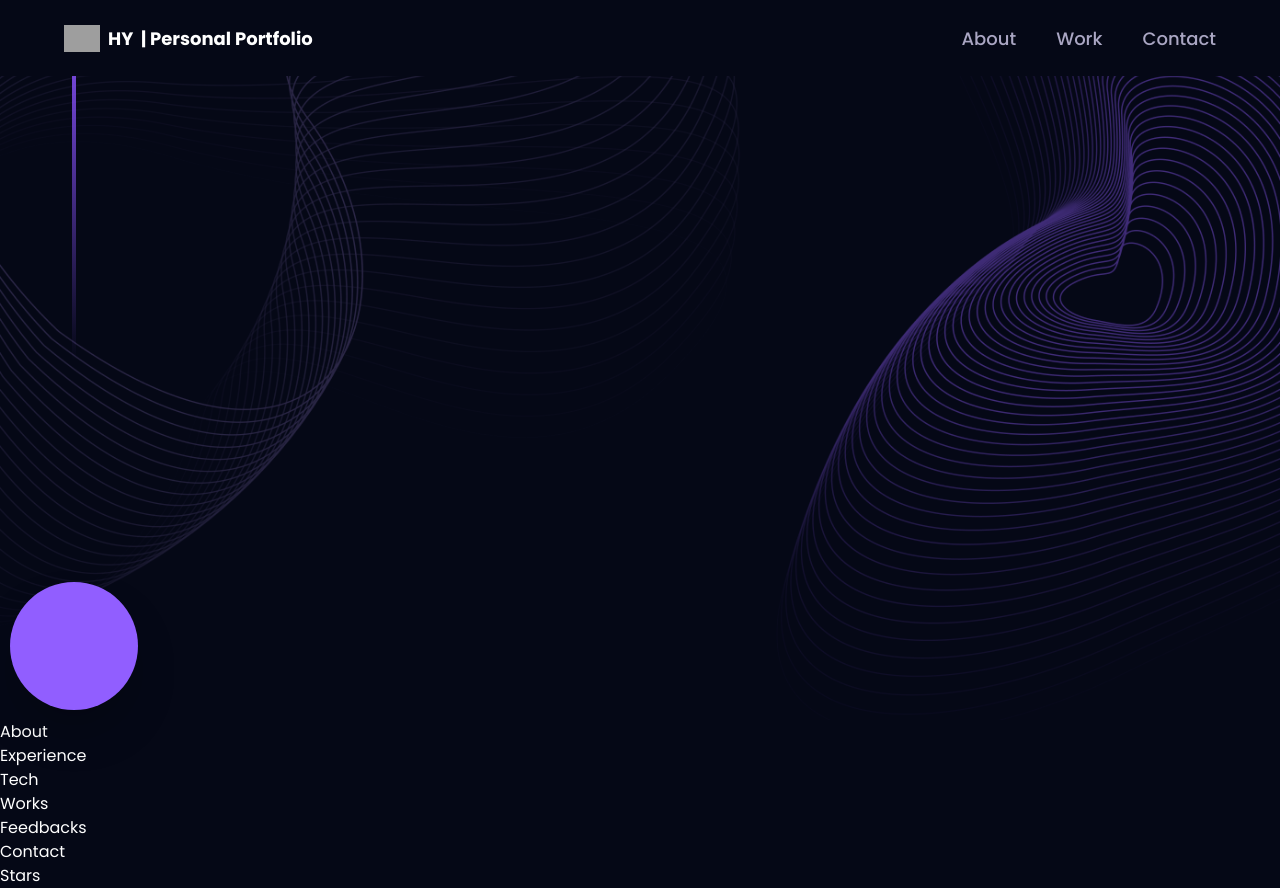
Repository: huiyyee/3d_portfolio
Page: /
These files come from the project's save history. The page is drawn as it stood at one moment and after the next save; the edit follows.
The browser window is 1280 px wide. The pictures show the whole page.
Pictures or frames that could not be fetched are drawn as grey boxes. The project was rebuilt for these pictures with package versions that can differ from the ones it lists, and the page was loaded fresh each time. Also part of the build but not shown: vite.config.js, src/components/canvas/Earth.jsx, src/components/canvas/Ball.jsx, src/components/canvas/Computers.jsx.

Above is the page before, as saved 2024-10-10 23:14:00.

### index.html
<!doctype html>
<html lang="en">
  <head>
    <meta charset="UTF-8" />
    <link rel="icon" type="image/svg+xml" href="/vite.svg" />
    <meta name="viewport" content="width=device-width, initial-scale=1.0" />
    <title>HY | Portfolio</title>
  </head>
  <body>
    <div id="root"></div>
    <script type="module" src="/src/main.jsx"></script>
  </body>
</html>

### src/App.jsx
import { BrowserRouter } from "react-router-dom" //used for routing
import { About, Contact, Experience, Feedbacks,
  Hero, Navbar, Tech, Works, StarsCanvas } from './components';

const App = () => {
  return (
    <BrowserRouter>
      <div className="relative z-0 bg-primary">
        <div className="bg-hero-pattern bg-cover bg-no-repeat bg-center">
          <Navbar/>
          <Hero/>
        </div>
        <About/>
        <Experience/>
        <Tech/>
        <Works/>
        <Feedbacks/>
        <div className="relative z-0">
          <Contact/>
          <StarsCanvas />
        </div>
      </div>
    </BrowserRouter>

  )
}

export default App

### src/components/Hero.jsx
import { motion } from 'framer-motion';
import { styles } from './styles'
import { ComputersCanvas } from './canvas';

const Hero = () => {
  return (
    <section className='relative w-full h-screen mx-auto'>
      <div className={`${styles.paddingX}absolute
      inset-0 top-[1500px] max-w-7xl mx-auto flex flex-row items-start gap-5`}>
        <div className="flex flex-col
        justify-center items-center mt-5">
          <div className="w-5 h-5 rounded-full bg-[#915eff]"/>
          <div className='w-1 sm:h-80 h-40 violet-gradient'/>
          <motion.div
            className='absolute bottom-[10px] left-[10px] w-32 h-32 rounded-full
            bg-[#915eff] shadow-2xl transform transition-all duration-500'
            initial={{ opacity: 0, scale: 0.8 }}
            animate={{ opacity: 1, scale: 1 }}></motion.div>
        </div>
      </div>
    </section >
  )
}

export default Hero

### src/components/Navbar.jsx
import React, { useEffect, useState} from 'react'
import { Link } from 'react-router-dom'//use to navigate to other parts of the pages
import { styles } from './styles';
import { navLinks } from '../constants';
import { logo, menu, close} from '../assets';

const Navbar = () => {
  const [active,setActive] = useState('');
  const [toggle,setToggle] = useState(false)
  return (
    <nav
      className={`${styles.paddingX} w-full flex
      items-center py-5 fixed top-0 z-20 bg-primary`}
    >
      <div className="w-full flex
      justify-between items-center max-w-7xl mx-auto">
        <Link
          to = "/"
          className="flex items-center gap-2"
          onClick={() => {
            setActive("");
            window.scrollTo(0, 0);
          }}
        >
          <img src={logo} alt="Logo" className="w-9 h-9 object-contain"
            style={{ maxWidth: '150px', maxHeight: '150px' }}

          />
          <p className="text-white text-[18px]
          font-bold cursor-pointe flex">HY &nbsp; <span className="sm:block hidden">
            | Personal Portfolio</span> </p>
        </Link>
        <ul className="list-none hidden sm:flex
        flex-row gap-10">
          {navLinks.map((Link)=>(
          <li
            key={Link.id}
            className={`${
              active === Link.title
                ? "text-white"
                : "text-secondary"
            }
            text-gray-500
            hover:text-white text-[18px]
            font-medium cursor-pointer`}
            onClick={() => setActive(Link.title)}
          >
            <a href={`#${Link.id}`}>{Link.title}</a>
          </li>

          ))}
        </ul>
        <div className="sm:hidden flex flex-1 justify-end items-center"
        >
          <img src={toggle ? close: menu}
          alt="menu"
          className="w-[28px] h-[28px] object-contain cursor-pointer"
          onClick={()=> setToggle(!toggle)}
          />

          <div className={`${!toggle? 'hidden':'flex'} p-6 black-gradient absolute
          top-20 right-0 mx-4 my-2 min-w[140px] z-10 rounded-xl`}>
          <ul className="list-none flex justify-end items-start flex-col gap-4">
            {navLinks.map((Link)=>(
            <li
              key={Link.id}
              className={`${
                active === Link.title
                  ? "text-white"
                  : "text-secondary"
              }font-poppins font-medium cursor-pointer text-[16px]`}
              onClick={() => {
                setToggle(!toggle)
                setActive(Link.title)
              }}>
              <a href={`#${Link.id}`}>{Link.title}</a>
            </li>
            ))}
        </ul>
            </div>
        </div>

      </div>
    </nav>
  )
}

export default Navbar

### src/components/styles.js
const styles = {
    paddingX: "sm:px-16 px-6",
    paddingY: "sm:py-16 py-6",
    padding: "sm:px-16 px-6 sm:py-16 py-10",

    heroHeadText:
        "font-black text-white lg:text-[80px] sm:text-[60px] xs:text-[50px] text-[40px] lg:leading-[98px] mt-2",
    heroSubText:
        "text-[#dfd9ff] font-medium lg:text-[30px] sm:text-[26px] xs:text-[20px] text-[16px] lg:leading-[40px]",

    sectionHeadText:
        "text-white font-black md:text-[60px] sm:text-[50px] xs:text-[40px] text-[30px]",
    sectionSubText:
        "sm:text-[18px] text-[14px] text-secondary uppercase tracking-wider",
    };

export { styles };

### src/constants/index.js
import {
    mobile,
    backend,
    creator,
    web,
    javascript,
    typescript,
    html,
    css,
    reactjs,
    redux,
    tailwind,
    nodejs,
    mongodb,
    git,
    figma,
    docker,
    meta,
    starbucks,
    tesla,
    shopify,
    carrent,
    jobit,
    tripguide,
    threejs,
  } from "../assets";

  export const navLinks = [
    {
      id: "about",
      title: "About",
    },
    {
      id: "work",
      title: "Work",
    },
    {
      id: "contact",
      title: "Contact",
    },
  ];

  const services = [
    {
      title: "Web Developer",
      icon: web,
    },
    {
      title: "React Native Developer",
      icon: mobile,
    },
    {
      title: "Backend Developer",
      icon: backend,
    },
    {
      title: "Content Creator",
      icon: creator,
    },
  ];

  const technologies = [
    {
      name: "HTML 5",
      icon: html,
    },
    {
      name: "CSS 3",
      icon: css,
    },
    {
      name: "JavaScript",
      icon: javascript,
    },
    {
      name: "TypeScript",
      icon: typescript,
    },
    {
      name: "React JS",
      icon: reactjs,
    },
    {
      name: "Redux Toolkit",
      icon: redux,
    },
    {
      name: "Tailwind CSS",
      icon: tailwind,
    },
    {
      name: "Node JS",
      icon: nodejs,
    },
    {
      name: "MongoDB",
      icon: mongodb,
    },
    {
      name: "Three JS",
      icon: threejs,
    },
    {
      name: "git",
      icon: git,
    },
    {
      name: "figma",
      icon: figma,
    },
    {
      name: "docker",
      icon: docker,
    },
  ];

  const experiences = [
    {
      title: "React.js Developer",
      company_name: "Starbucks",
      icon: starbucks,
      iconBg: "#383E56",
      date: "March 2020 - April 2021",
      points: [
        "Developing and maintaining web applications using React.js and other related technologies.",
        "Collaborating with cross-functional teams including designers, product managers, and other developers to create high-quality products.",
        "Implementing responsive design and ensuring cross-browser compatibility.",
        "Participating in code reviews and providing constructive feedback to other developers.",
      ],
    },
    {
      title: "React Native Developer",
      company_name: "Tesla",
      icon: tesla,
      iconBg: "#E6DEDD",
      date: "Jan 2021 - Feb 2022",
      points: [
        "Developing and maintaining web applications using React.js and other related technologies.",
        "Collaborating with cross-functional teams including designers, product managers, and other developers to create high-quality products.",
        "Implementing responsive design and ensuring cross-browser compatibility.",
        "Participating in code reviews and providing constructive feedback to other developers.",
      ],
    },
    {
      title: "Web Developer",
      company_name: "Shopify",
      icon: shopify,
      iconBg: "#383E56",
      date: "Jan 2022 - Jan 2023",
      points: [
        "Developing and maintaining web applications using React.js and other related technologies.",
        "Collaborating with cross-functional teams including designers, product managers, and other developers to create high-quality products.",
        "Implementing responsive design and ensuring cross-browser compatibility.",
        "Participating in code reviews and providing constructive feedback to other developers.",
      ],
    },
    {
      title: "Full stack Developer",
      company_name: "Meta",
      icon: meta,
      iconBg: "#E6DEDD",
      date: "Jan 2023 - Present",
      points: [
        "Developing and maintaining web applications using React.js and other related technologies.",
        "Collaborating with cross-functional teams including designers, product managers, and other developers to create high-quality products.",
        "Implementing responsive design and ensuring cross-browser compatibility.",
        "Participating in code reviews and providing constructive feedback to other developers.",
      ],
    },
  ];

  const testimonials = [
    {
      testimonial:
        "I thought it was impossible to make a website as beautiful as our product, but Rick proved me wrong.",
      name: "Sara Lee",
      designation: "CFO",
      company: "Acme Co",
      image: "https://randomuser.me/api/portraits/women/4.jpg",
    },
    {
      testimonial:
        "I've never met a web developer who truly cares about their clients' success like Rick does.",
      name: "Chris Brown",
      designation: "COO",
      company: "DEF Corp",
      image: "https://randomuser.me/api/portraits/men/5.jpg",
    },
    {
      testimonial:
        "After Rick optimized our website, our traffic increased by 50%. We can't thank them enough!",
      name: "Lisa Wang",
      designation: "CTO",
      company: "456 Enterprises",
      image: "https://randomuser.me/api/portraits/women/6.jpg",
    },
  ];

  const projects = [
    {
      name: "Car Rent",
      description:
        "Web-based platform that allows users to search, book, and manage car rentals from various providers, providing a convenient and efficient solution for transportation needs.",
      tags: [
        {
          name: "react",
          color: "blue-text-gradient",
        },
        {
          name: "mongodb",
          color: "green-text-gradient",
        },
        {
          name: "tailwind",
          color: "pink-text-gradient",
        },
      ],
      image: carrent,
      source_code_link: "https://github.com/",
    },
    {
      name: "Job IT",
      description:
        "Web application that enables users to search for job openings, view estimated salary ranges for positions, and locate available jobs based on their current location.",
      tags: [
        {
          name: "react",
          color: "blue-text-gradient",
        },
        {
          name: "restapi",
          color: "green-text-gradient",
        },
        {
          name: "scss",
          color: "pink-text-gradient",
        },
      ],
      image: jobit,
      source_code_link: "https://github.com/",
    },
    {
      name: "Trip Guide",
      description:
        "A comprehensive travel booking platform that allows users to book flights, hotels, and rental cars, and offers curated recommendations for popular destinations.",
      tags: [
        {
          name: "nextjs",
          color: "blue-text-gradient",
        },
        {
          name: "supabase",
          color: "green-text-gradient",
        },
        {
          name: "css",
          color: "pink-text-gradient",
        },
      ],
      image: tripguide,
      source_code_link: "https://github.com/",
    },
  ];

  export { services, technologies, experiences, testimonials, projects };

### src/assets/index.js
import logo from "/Users/huiyee/Downloads/9-high-resolution-logo.png";
import backend from "./backend.png";
import creator from "./creator.png";
import mobile from "./mobile.png";
import web from "./web.png";
import github from "./github.png";
import menu from "./menu.svg";
import close from "./close.svg";

import css from "./tech/css.png";
import docker from "./tech/docker.png";
import figma from "./tech/figma.png";
import git from "./tech/git.png";
import html from "./tech/html.png";
import javascript from "./tech/javascript.png";
import mongodb from "./tech/mongodb.png";
import nodejs from "./tech/nodejs.png";
import reactjs from "./tech/reactjs.png";
import redux from "./tech/redux.png";
import tailwind from "./tech/tailwind.png";
import typescript from "./tech/typescript.png";
import threejs from "./tech/threejs.svg";

import meta from "./company/meta.png";
import shopify from "./company/shopify.png";
import starbucks from "./company/starbucks.png";
import tesla from "./company/tesla.png";

import carrent from "./carrent.png";
import jobit from "./jobit.png";
import tripguide from "./tripguide.png";

export {
  logo,
  backend,
  creator,
  mobile,
  web,
  github,
  menu,
  close,
  css,
  docker,
  figma,
  git,
  html,
  javascript,
  mongodb,
  nodejs,
  reactjs,
  redux,
  tailwind,
  typescript,
  threejs,
  meta,
  shopify,
  starbucks,
  tesla,
  carrent,
  jobit,
  tripguide,
};

Loaded but not shown: src/main.jsx (common file); src/index.css (common file); src/components/index.js (common file); src/components/canvas/index.js (common file); src/components/About.jsx (common file); src/components/Tech.jsx (common file); src/components/Experience.jsx (common file); src/components/Works.jsx (common file); src/components/Feedbacks.jsx (common file); src/components/Contact.jsx (common file); src/components/canvas/Stars.jsx (common file); tailwind.config.js (common file)

After the next save:
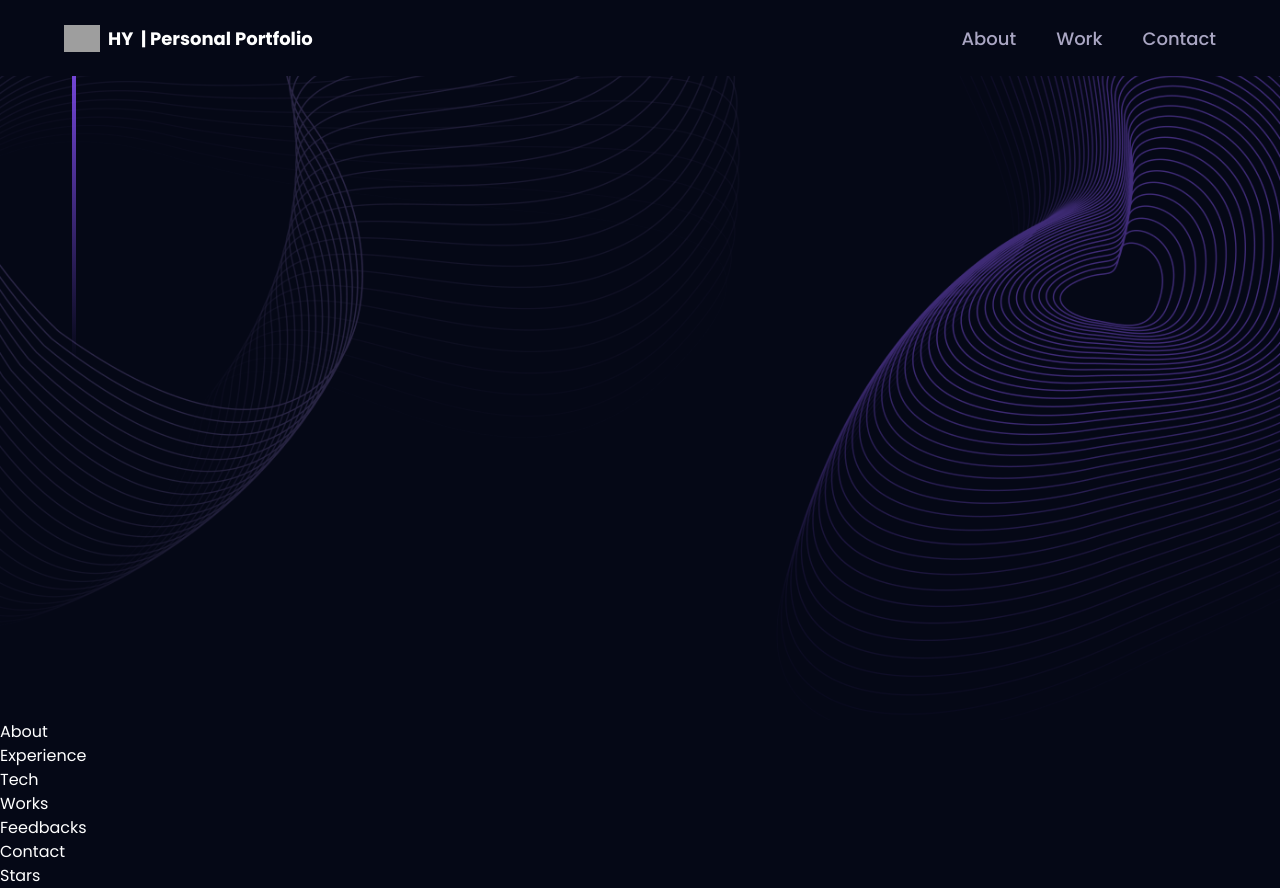
Saved 10 s later.
--- a/src/components/Hero.jsx
+++ b/src/components/Hero.jsx
@@ -11,11 +11,7 @@ const Hero = () => {
         justify-center items-center mt-5">
           <div className="w-5 h-5 rounded-full bg-[#915eff]"/>
           <div className='w-1 sm:h-80 h-40 violet-gradient'/>
-          <motion.div
-            className='absolute bottom-[10px] left-[10px] w-32 h-32 rounded-full
-            bg-[#915eff] shadow-2xl transform transition-all duration-500'
-            initial={{ opacity: 0, scale: 0.8 }}
-            animate={{ opacity: 1, scale: 1 }}></motion.div>
+
         </div>
       </div>
     </section >
